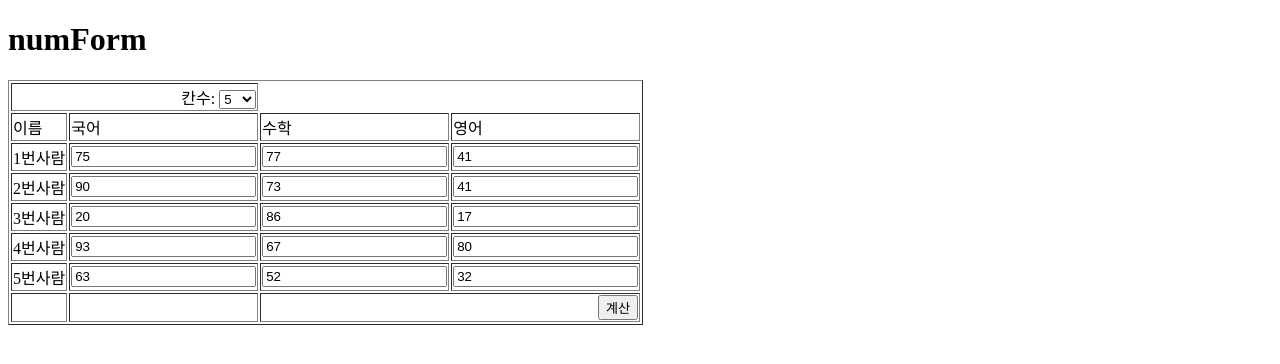
Repository: Jamikidu/newJsp
Page: http://localhost/jspProj/request/numForm.jsp
The author's editor kept a copy of each file at every save. The page is drawn from the files as they stood at one save, then again after the next save.
The browser window is 1280 px wide. The pictures show the whole page.
The page is served by Tomcat 9. Other server files are loaded and not shown.

Above is the page before, as saved 2023-07-27 08:14:54.

### jspProj/src/main/webapp/request/numForm.jsp
<%@ page language="java" contentType="text/html; charset=UTF-8"
    pageEncoding="UTF-8"%>
<%
	int cnt = 5;
	if(request.getParameter("cnt") != null){
		cnt = Integer.parseInt(request.getParameter("cnt"));
	}

%>
<!DOCTYPE html>
<html>
<head>
<meta charset="UTF-8">
<title>numForm</title>
<script type="text/javascript">
	function cntChange(){

		qwer.action="?"
		qwer.submit()
	}
</script>
</head>
<body>
<h1>numForm</h1>
<form action="numReg.jsp" name="qwer">
	<table border="">
		<tr>
			<td colspan="2" align="right">
			칸수:
				<select name="cnt" id="" onchange="cntChange()">
				<% for(int i=5; i<=30; i+=5){
				   String sel ="";

				   if(i == cnt){
					   sel = "selected";
				   }
				%>
					<option <%=sel%>><%=i %></option>
				<% } %>
				</select>
			</td>

		</tr>
		<tr>
			<td>이름</td>
			<td>국어</td>
			<td>수학</td>
			<td>영어</td>
		</tr>
		<tr>

		 <% for(int i=0;i<5;i++){ %>

			<td><%=i+1 %>번사람</td>
			<td><input type="text" name="kor" value="<%=(int)(Math.random()*90)+10 %>" /></td>
			<td><input type="text" name="eng" value="<%=(int)(Math.random()*90)+10 %>" /></td>
			<td><input type="text" name="meth" value="<%=(int)(Math.random()*90)+10 %>" /></td>
		</tr>
		<% } %>

		<tr>
			<td></td>
			<td></td>
			<td colspan="2" align="right">
				<input type="submit" value="계산" />
			</td>
		</tr>
	</table>
</form>

</body>
</html>

After the next save:
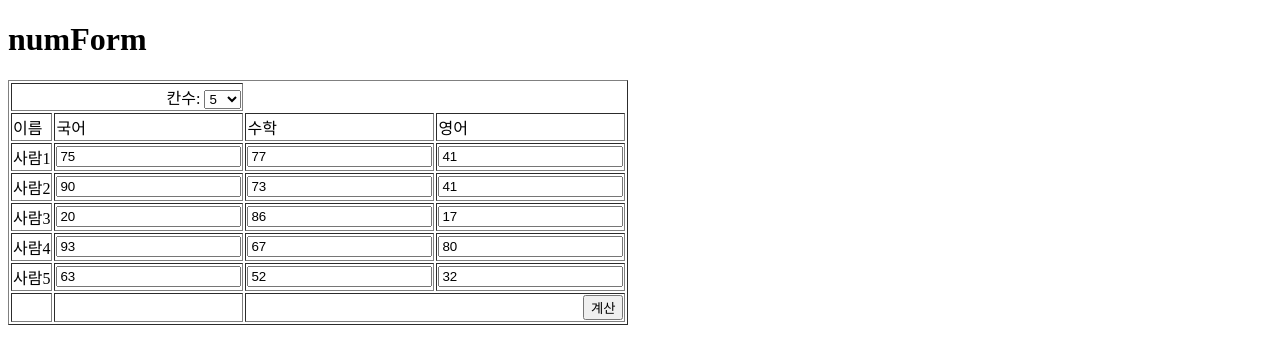
Saved 16 s later.
--- a/jspProj/src/main/webapp/request/numForm.jsp
+++ b/jspProj/src/main/webapp/request/numForm.jsp
@@ -51,7 +51,7 @@
 
 		 <% for(int i=0;i<5;i++){ %>
 
-			<td><%=i+1 %>번사람</td>
+			<td>사람<%=i+1 %></td>
 			<td><input type="text" name="kor" value="<%=(int)(Math.random()*90)+10 %>" /></td>
 			<td><input type="text" name="eng" value="<%=(int)(Math.random()*90)+10 %>" /></td>
 			<td><input type="text" name="meth" value="<%=(int)(Math.random()*90)+10 %>" /></td>
